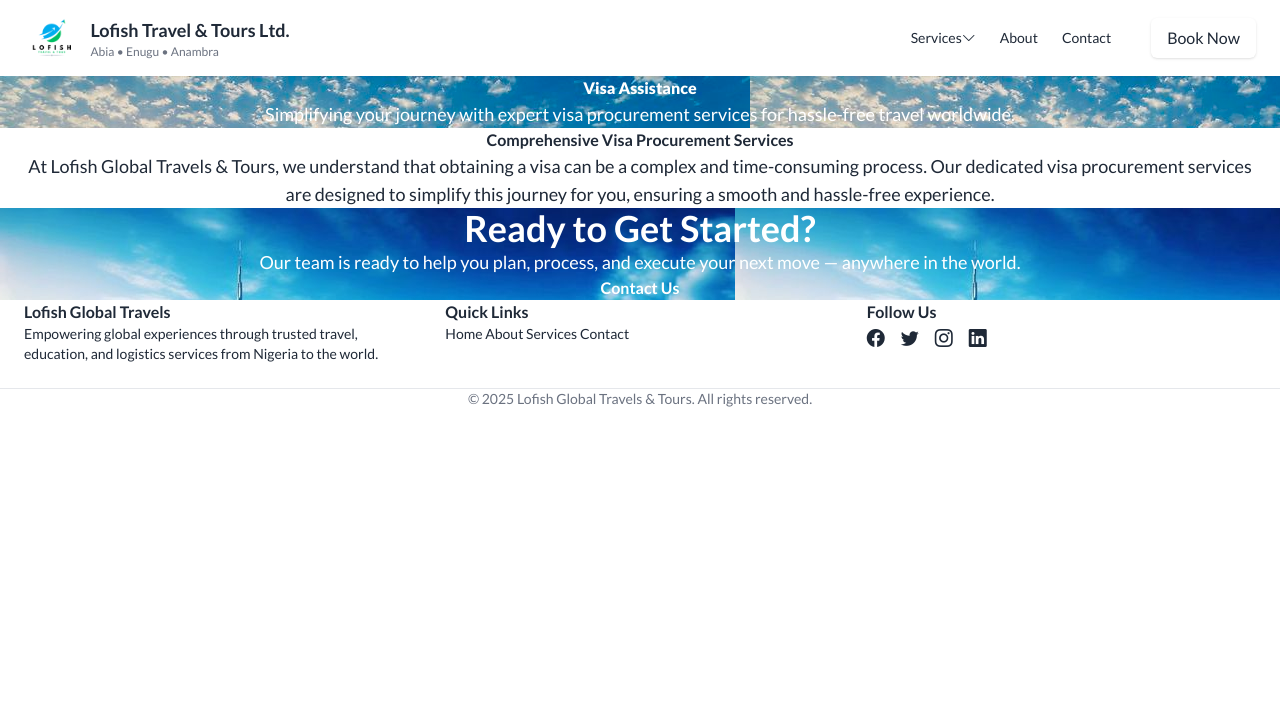
Repository: PhantomMiles/Lofish-Travels-and-Tours
Page: visa.html
The author's editor kept a copy of each file at every save. The page is drawn from the files as they stood at one save, then again after the next save.
The browser window is 1280 px wide. The pictures show the whole page.

Above is the page before, as saved 2025-11-14 12:39:22.

### visa.html
<!DOCTYPE html>
<html lang="en">

<head>
  <meta charset="UTF-8" />
  <meta name="viewport" content="width=device-width, initial-scale=1.0" />
  <title>Our Services | Lofish Global Travels & Tours</title>

  <link rel="icon" type="image/png" href="img/logo_lofish.png" />
  <link rel="stylesheet" href="css/main.css">
  <link rel="stylesheet" href="node_modules/bootstrap-icons/font/bootstrap-icons.min.css">
  <link rel="preconnect" href="https://fonts.googleapis.com">
  <link rel="preconnect" href="https://fonts.gstatic.com" crossorigin>
  <link href="https://fonts.googleapis.com/css2?family=Lato:wght@300;400;700;900&display=swap" rel="stylesheet">
  <link rel="stylesheet" href="https://cdn.jsdelivr.net/npm/bootstrap-icons@1.11.3/font/bootstrap-icons.css">
  <style>
    /* small helper to keep font consistent */
    body { font-family: 'Lato', system-ui, -apple-system, "Segoe UI", Roboto, "Helvetica Neue", Arial; };
  </style>
</head>

<body class="antialiased text-gray-800 bg-teal-500/5">


  <!-- ========================================================= -->
  <!-- HEADER (EXACT COPY FROM ABOUT.HTML) -->
  <!-- ========================================================= -->
  <header class="sticky top-0 z-50 w-full bg-white shadow-sm">
    <div class="flex items-center justify-between px-6 py-4 mx-auto max-w-7xl">
        <a class="flex items-center gap-3" href="index.html">
        <img src="img/logo_lofish.png" alt="Lofish logo" class="object-contain h-10 rounded-md w-14" />
        <div>
            <h1 class="text-lg font-semibold">Lofish Travel &amp; Tours Ltd.</h1>
            <p class="text-xs text-gray-500">Abia • Enugu • Anambra</p>
        </div>
        </a>

        <!-- Desktop nav -->
        <nav class="items-center hidden gap-6 md:flex">
        <!-- Services dropdown (desktop) -->
        <div class="relative" id="servicesDropdownWrapper">
            <button id="servicesBtn" aria-expanded="false" class="flex items-center gap-2 py-1 text-sm font-medium text-gray-700  focus:outline-none group">
            Services
            <i class="bi bi-chevron-down"></i>
            <span class="absolute left-0 bottom-0 h-0.5 bg-teal-500 transition-all duration-300 w-full"></span>
            </button>

            <!-- dropdown panel -->
            <div id="servicesDropdown" class="absolute right-0 invisible w-56 mt-2 transition-all origin-top-right transform scale-95 bg-white rounded-md shadow-lg opacity-0 pointer-events-none ring-1 ring-black ring-opacity-5">
            <div class="py-2">
                <a href="visa.html" class="block px-4 py-2 text-sm text-gray-700 hover:bg-teal-700/10">Visa Procurement</a>
                <a href="flights.html" class="block px-4 py-2 text-sm text-gray-700 hover:bg-teal-700/10">Flight Ticketing</a>
                <a href="hotels.html" class="block px-4 py-2 text-sm text-gray-700 hover:bg-teal-700/10">Hotel Reservations</a>
                <a href="freight.html" class="block px-4 py-2 text-sm text-gray-700 hover:bg-teal-700/10">Freight &amp; Customs</a>
            </div>
            </div>
        </div>

        <a href="about.html" class="relative block py-1 mb-2 text-sm font-medium text-gray-700 transition-all duration-500 cursor-pointer md:mb-0 lg:text-left group">About
            <span class="absolute left-0 bottom-0 w-0 h-0.5 bg-teal-500 transition-all duration-300 group-hover:w-full"></span>
        </a>
        <a href="contact.html" class="relative block py-1 mb-2 text-sm font-medium text-gray-700 transition-all duration-500 cursor-pointer  md:mb-0 lg:text-left group">Contact
            <span class="absolute left-0 bottom-0 w-0 h-0.5 bg-teal-500 transition-all duration-300 group-hover:w-full"></span>
        </a>

        <button id="bookBtn" class="px-4 py-2 ml-4 font-medium text-black transition rounded-md shadow bg-gold hover:brightness-95">Book Now</button>
        </nav>

        <!-- Mobile toggle -->
        <div class="flex items-center gap-2 md:hidden">
        <button id="bookBtnMobile" class="px-3 py-2 text-sm font-medium text-black rounded-md bg-gold">Book</button>
        <button id="menuBtn" aria-expanded="false" class="p-2 border rounded-md">
            <svg xmlns="http://www.w3.org/2000/svg" class="w-6 h-6" fill="none" viewBox="0 0 24 24" stroke="currentColor" aria-hidden="true">
            <path stroke-linecap="round" stroke-linejoin="round" stroke-width="2" d="M4 6h16M4 12h16M4 18h16" />
            </svg>
        </button>
        </div>
    </div>

    <!-- Mobile menu (collapsible) -->
    <div id="mobileMenu" class="hidden border-t md:hidden">
        <div class="px-4 py-4 space-y-3">
        <!-- Services with collapsible submenu -->
        <div class="space-y-1">
            <button id="mobileServicesBtn" aria-expanded="false" class="flex items-center justify-between w-full px-3 py-2 text-left rounded-md hover:bg-royalBlue/5">
            <span class="font-medium">Services</span>
            <svg class="w-4 h-4 text-gray-600" viewBox="0 0 24 24" fill="none" stroke="currentColor"><path stroke-linecap="round" stroke-linejoin="round" stroke-width="2" d="M19 9l-7 7-7-7"/></svg>
            </button>
            <div id="mobileServicesPanel" class="hidden pl-4 space-y-1">
            <a href="visa.html" class="block px-3 py-2 text-sm rounded-md hover:bg-royalBlue/5">Visa Procurement</a>
            <a href="flights.html" class="block px-3 py-2 text-sm rounded-md hover:bg-royalBlue/5">Flight Ticketing</a>
            <a href="hotels.html" class="block px-3 py-2 text-sm rounded-md hover:bg-royalBlue/5">Hotel Reservations</a>
            <a href="freight.html" class="block px-3 py-2 text-sm rounded-md hover:bg-royalBlue/5">Freight &amp; Customs</a>
            </div>
        </div>

        <a href="about.html" class="block px-3 py-2 rounded-md hover:bg-royalBlue/5">About</a>
        <a href="contact.html" class="block px-3 py-2 rounded-md hover:bg-royalBlue/5">Contact</a>
        </div>
    </div>
  </header>

  <!-- ========================================================= -->
  <!-- HERO SECTION -->
  <!-- ========================================================= -->
  <section class="relative overflow-hidden  bg-no-repeat bg-fixed bg-cover bg-center py-28" style="background-image:url('./img/services-hero.jpg');">
    <div class="absolute inset-0 bg-black/50"></div>
    <div class="relative z-10 max-w-4xl px-6 mx-auto text-center text-white">
      <h1 class="mb-4 text-5xl font-extrabold">Visa Assistance</h1>
      <p class="text-lg text-gray-200">
        Simplifying your journey with expert visa procurement services for hassle-free travel worldwide.
      </p>
    </div>
  </section>

  <!-- ========================================================= -->
    <!-- MAIN CONTENT -->
    <section class="max-w-5xl px-6 py-16 mx-auto">
      <h2 class="mb-6 text-3xl font-bold text-center">Comprehensive Visa Procurement Services</h2>
      <p class="mb-6 text-lg text-center text-gray-700">
        At Lofish Global Travels & Tours, we understand that obtaining a visa can be a complex and time-consuming process. Our dedicated visa procurement services are designed to simplify this journey for you, ensuring a smooth and hassle-free experience.
      </p>
      <div class="grid ">

      </div>

    </section>
    <!-- ========================================================= -->


    <!-- CTA SECTION -->
    <!-- ========================================================= -->
  <section class="relative py-20 text-center text-white bg-fixed bg-center bg-cover"
    style="background-image:url('./img/cta.jpg');">
    <div class="absolute inset-0 bg-black/70"></div>

    <div class="relative z-10 max-w-3xl mx-auto px-6">
      <h2 class="text-4xl font-bold mb-4">Ready to Get Started?</h2>
      <p class="text-lg text-blue-100 mb-6">
        Our team is ready to help you plan, process, and execute your next move — anywhere in the world.
      </p>

      <a href="contact.html"
        class="px-8 py-3 font-semibold text-black bg-gold rounded-md hover:bg-yellow-400 transition">
        Contact Us
      </a>
    </div>
  </section>



  <!-- ========================================================= -->
  <!-- FOOTER (EXACT COPY FROM ABOUT PAGE) -->
  <!-- ========================================================= -->
  <footer class="py-10 text-gray-300 bg-gray-900">
    <div class="grid gap-8 px-6 mx-auto max-w-7xl md:grid-cols-3">
      <div>
        <h3 class="mb-4 text-xl font-bold text-gold">Lofish Global Travels</h3>
        <p class="text-sm text-gray-400">
          Empowering global experiences through trusted travel, education, and logistics services from Nigeria to the world.
        </p>
      </div>

      <div>
        <h3 class="mb-4 text-xl font-bold text-gold">Quick Links</h3>
        <div class="space-x-4 space-y-4 text-sm">
          <a href="index.html" class="hover:text-gold">Home</a>
          <a href="about.html" class="hover:text-gold">About</a>
          <a href="services.html" class="hover:text-gold">Services</a>
          <a href="contact.html" class="hover:text-gold">Contact</a>
        </div>
      </div>

      <div>
        <h3 class="mb-4 text-xl font-bold text-gold">Follow Us</h3>
        <div class="flex space-x-4 gap-4 text-lg">
          <a href="#" class="hover:text-gold"><i class="bi bi-facebook"></i></a>
          <a href="#" class="hover:text-gold"><i class="bi bi-twitter"></i></a>
          <a href="#" class="hover:text-gold"><i class="bi bi-instagram"></i></a>
          <a href="#" class="hover:text-gold"><i class="bi bi-linkedin"></i></a>
        </div>
      </div>
    </div>

    <hr class="mx-auto mt-6 w-[95%]">
    <div class="mt-10 text-sm text-center text-gray-500">
      © 2025 Lofish Global Travels & Tours. All rights reserved.
    </div>
  </footer>



  <!-- ========================================================= -->
  <!-- SCRIPTS (EXACT COPY FROM ABOUT PAGE) -->
  <!-- ========================================================= -->
  <script>
    // Header toggles
    const menuBtn = document.getElementById('menuBtn');
    const mobileMenu = document.getElementById('mobileMenu');
    const bookBtn = document.getElementById('bookBtn');
    const bookBtnMobile = document.getElementById('bookBtnMobile');
    const bookingModal = document.getElementById('bookingModal');
    const closeModal = document.getElementById('closeModal');
    const modalCancel = document.getElementById('modalCancel');

    menuBtn?.addEventListener('click', () => {
      const expanded = menuBtn.getAttribute('aria-expanded') === 'true';
      menuBtn.setAttribute('aria-expanded', String(!expanded));
      mobileMenu.classList.toggle('hidden');
    });

    // Desktop Services dropdown
    const servicesBtn = document.getElementById('servicesBtn');
    const servicesDropdown = document.getElementById('servicesDropdown');
    const servicesWrapper = document.getElementById('servicesDropdownWrapper');

    function openServices() {
      servicesDropdown.classList.remove('invisible', 'opacity-0', 'pointer-events-none', 'scale-95');
      servicesDropdown.classList.add('visible', 'opacity-100', 'pointer-events-auto', 'scale-100');
      servicesBtn.setAttribute('aria-expanded', 'true');
    }
    function closeServices() {
      servicesDropdown.classList.add('invisible', 'opacity-0', 'pointer-events-none', 'scale-95');
      servicesDropdown.classList.remove('visible', 'opacity-100', 'pointer-events-auto', 'scale-100');
      servicesBtn.setAttribute('aria-expanded', 'false');
    }

    servicesBtn?.addEventListener('click', (e) => {
      e.stopPropagation();
      const expanded = servicesBtn.getAttribute('aria-expanded') === 'true';
      if (expanded) closeServices();
      else openServices();
    });

    document.addEventListener('click', (e) => {
      if (!servicesWrapper.contains(e.target)) closeServices();
    });

    const mobileServicesBtn = document.getElementById('mobileServicesBtn');
    const mobileServicesPanel = document.getElementById('mobileServicesPanel');
    mobileServicesBtn?.addEventListener('click', () => {
      const expanded = mobileServicesBtn.getAttribute('aria-expanded') === 'true';
      mobileServicesBtn.setAttribute('aria-expanded', String(!expanded));
      mobileServicesPanel.classList.toggle('hidden');
    });

    // Booking modal
    ;[bookBtn, bookBtnMobile].forEach(b => b?.addEventListener('click', () => {
      bookingModal.classList.remove('hidden');
      bookingModal.querySelector('input')?.focus();
    }));
    closeModal?.addEventListener('click', () => bookingModal.classList.add('hidden'));
    modalCancel?.addEventListener('click', () => bookingModal.classList.add('hidden'));
    bookingModal?.addEventListener('click', (e) => {
      if (e.target === bookingModal) bookingModal.classList.add('hidden');
    });

    // Reveal animation
    const obs = new IntersectionObserver((entries) => {
      entries.forEach(e => {
        if (e.isIntersecting) e.target.classList.add('opacity-100', 'translate-y-0');
      });
    }, {
      threshold: 0.15
    });

    document.querySelectorAll('article, section > .p-6').forEach(el => {
      el.classList.add('opacity-0', 'translate-y-6', 'transition', 'duration-700');
      obs.observe(el);
    });
  </script>

</body>

</html>

Loaded but not shown: node_modules/bootstrap-icons/font/bootstrap-icons.min.css (library); css/main.css (1069 lines, source omitted)

After the next save:
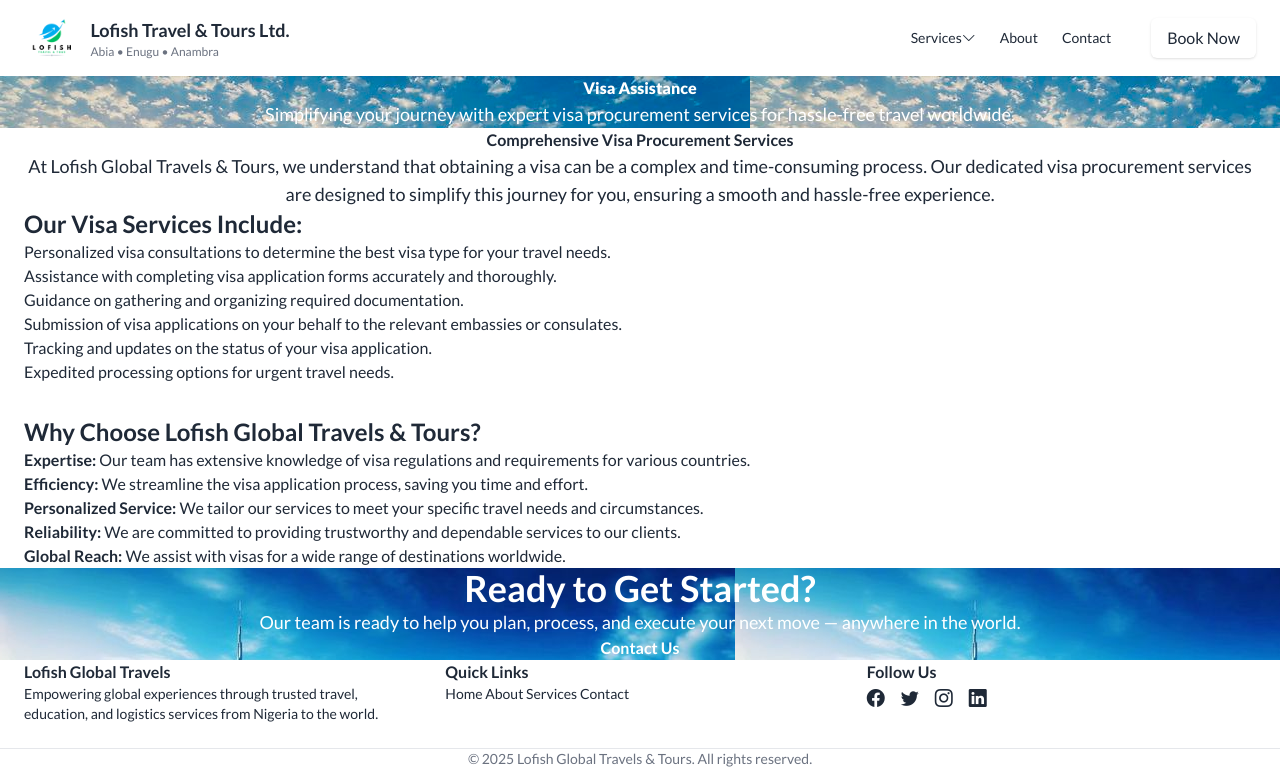
Saved 112 s later.
--- a/visa.html
+++ b/visa.html
@@ -120,7 +120,28 @@
       <p class="mb-6 text-lg text-center text-gray-700">
         At Lofish Global Travels & Tours, we understand that obtaining a visa can be a complex and time-consuming process. Our dedicated visa procurement services are designed to simplify this journey for you, ensuring a smooth and hassle-free experience.
       </p>
-      <div class="grid ">
+      <div class="grid gap-8 md:grid-cols-2">
+        <div>
+          <h3 class="mb-4 text-2xl font-semibold">Our Visa Services Include:</h3>
+          <ul class="space-y-3 list-disc list-inside text-gray-700">
+            <li>Personalized visa consultations to determine the best visa type for your travel needs.</li>
+            <li>Assistance with completing visa application forms accurately and thoroughly.</li>
+            <li>Guidance on gathering and organizing required documentation.</li>
+            <li>Submission of visa applications on your behalf to the relevant embassies or consulates.</li>
+            <li>Tracking and updates on the status of your visa application.</li>
+            <li>Expedited processing options for urgent travel needs.</li>
+          </ul>
+        </div>
+        <div>
+          <h3 class="mb-4 text-2xl font-semibold">Why Choose Lofish Global Travels & Tours?</h3>
+          <ul class="space-y-3 list-disc list-inside text-gray-700">
+            <li><strong>Expertise:</strong> Our team has extensive knowledge of visa regulations and requirements for various countries.</li>
+            <li><strong>Efficiency:</strong> We streamline the visa application process, saving you time and effort.</li>
+            <li><strong>Personalized Service:</strong> We tailor our services to meet your specific travel needs and circumstances.</li>
+            <li><strong>Reliability:</strong> We are committed to providing trustworthy and dependable services to our clients.</li>
+            <li><strong>Global Reach:</strong> We assist with visas for a wide range of destinations worldwide.</li>
+          </ul>
+        </div>
 
       </div>
 
